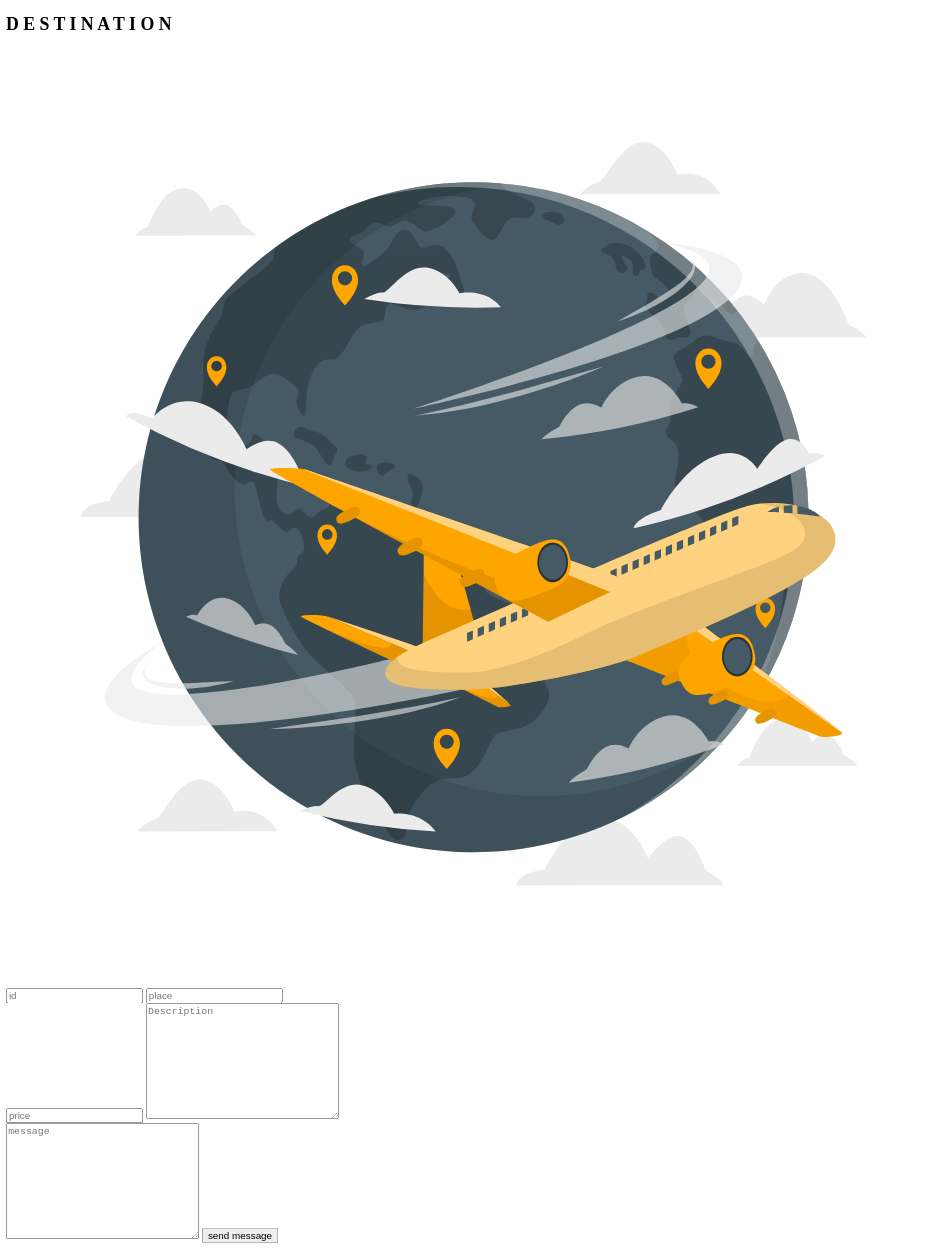
Repository: vksh-chandra/Travel-Tourism
Page: tatms/src/main/webapp/Admin.html
The author's editor kept a copy of each file at every save. The page is drawn from the files as they stood at one save, then again after the next save.
The browser window is 1280 px wide. The pictures show the whole page, at 74% of full size.

Above is the page before, as saved 2022-07-19 18:15:42.

After the next save:
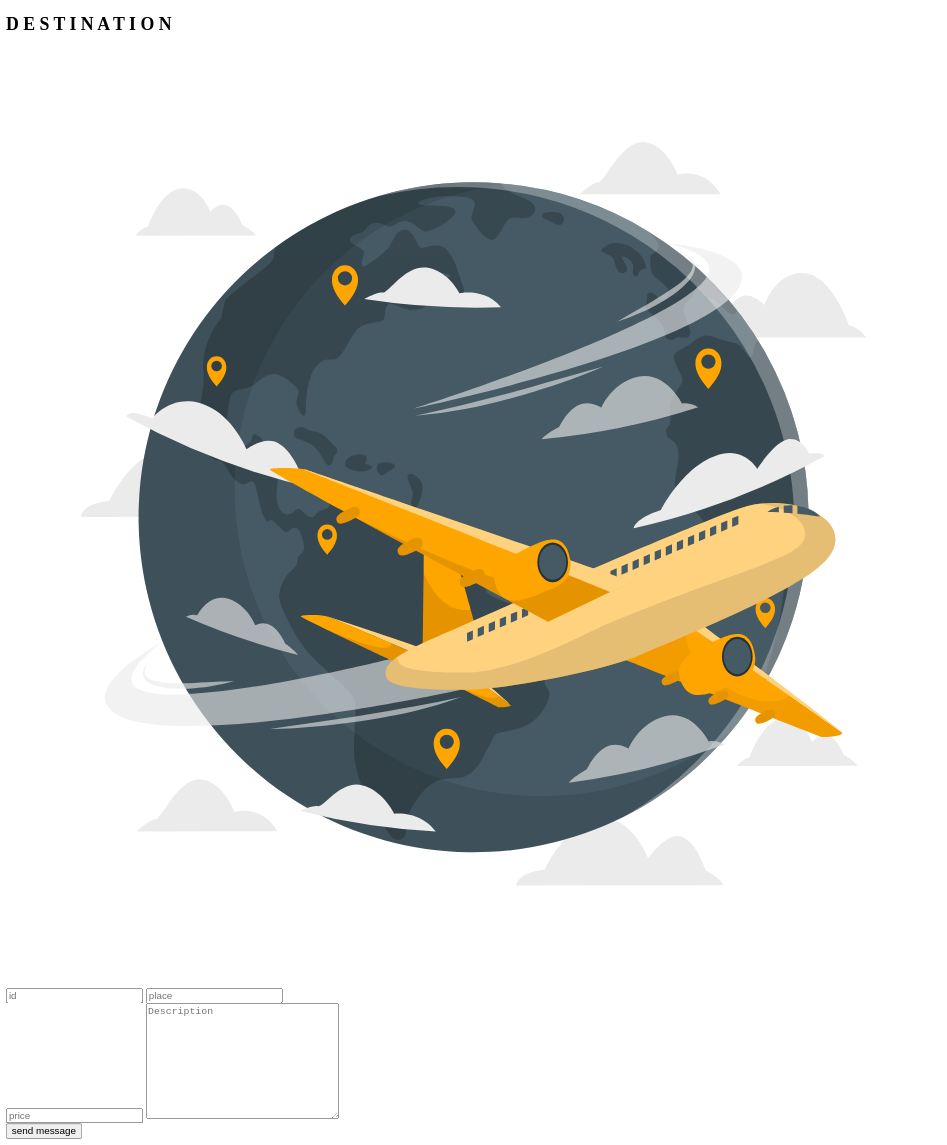
Saved 8 s later.
--- a/tatms/src/main/webapp/Admin.html
+++ b/tatms/src/main/webapp/Admin.html
@@ -36,7 +36,6 @@
 	            	<input type="number" placeholder="price" name="price">
 	            	<textarea placeholder="Description" name="Description" id="" cols="30" rows="10"></textarea>
 	            </div>
-	            <textarea placeholder="message" name="msg" id="" cols="30" rows="10"></textarea>
 	            <input type="submit" class="btn" value="send message">
 	        </form>
 
